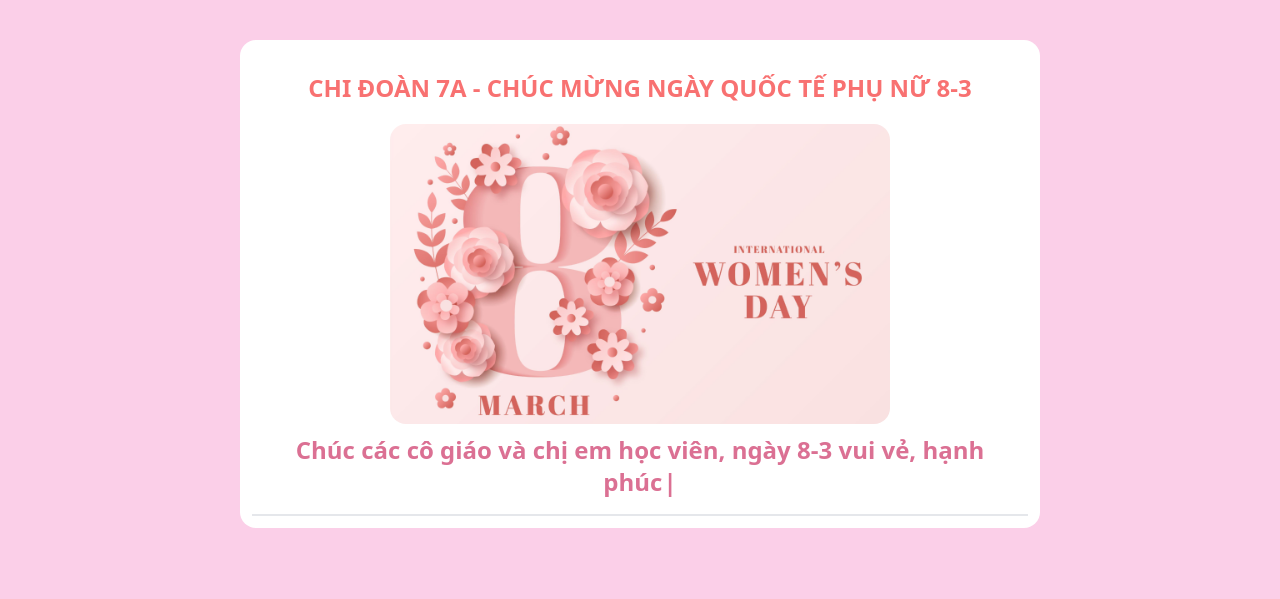
Repository: hoang0508/web-837A
Page: /
An editor plug-in stored every save of this project. The page is shown before and after the next save, followed by the edit.
The browser window is 1280 px wide. The pictures show the whole page.
Some web fonts or font styles are not loaded; a fallback is used. The project was rebuilt for these pictures with package versions that can differ from the ones it lists, and the page was loaded fresh each time. Also part of the build but not shown: vite.config.js.

Above is the page before, as saved 2025-02-28 19:12:22.

After the next save:
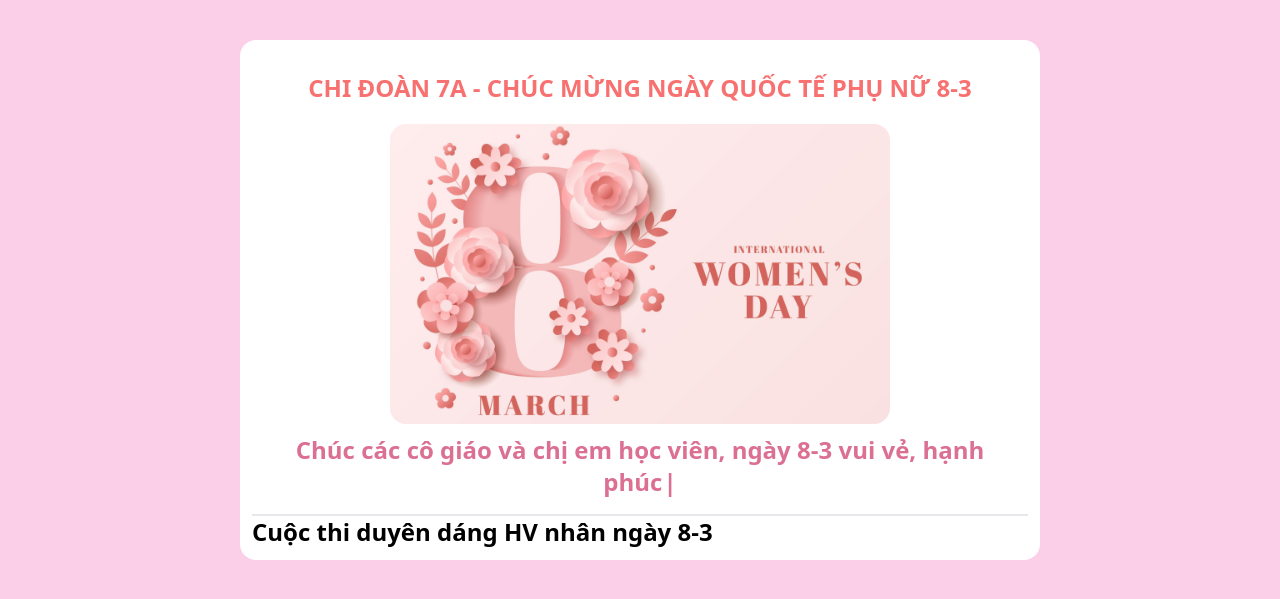
Saved 51 s later.
--- a/src/App.jsx
+++ b/src/App.jsx
@@ -34,6 +34,9 @@ function App() {
               }}
             />
           </div>
+          <div>
+            <h3>Cuộc thi duyên dáng HV nhân ngày 8-3</h3>
+          </div>
         </div>
       </div>
     </>
